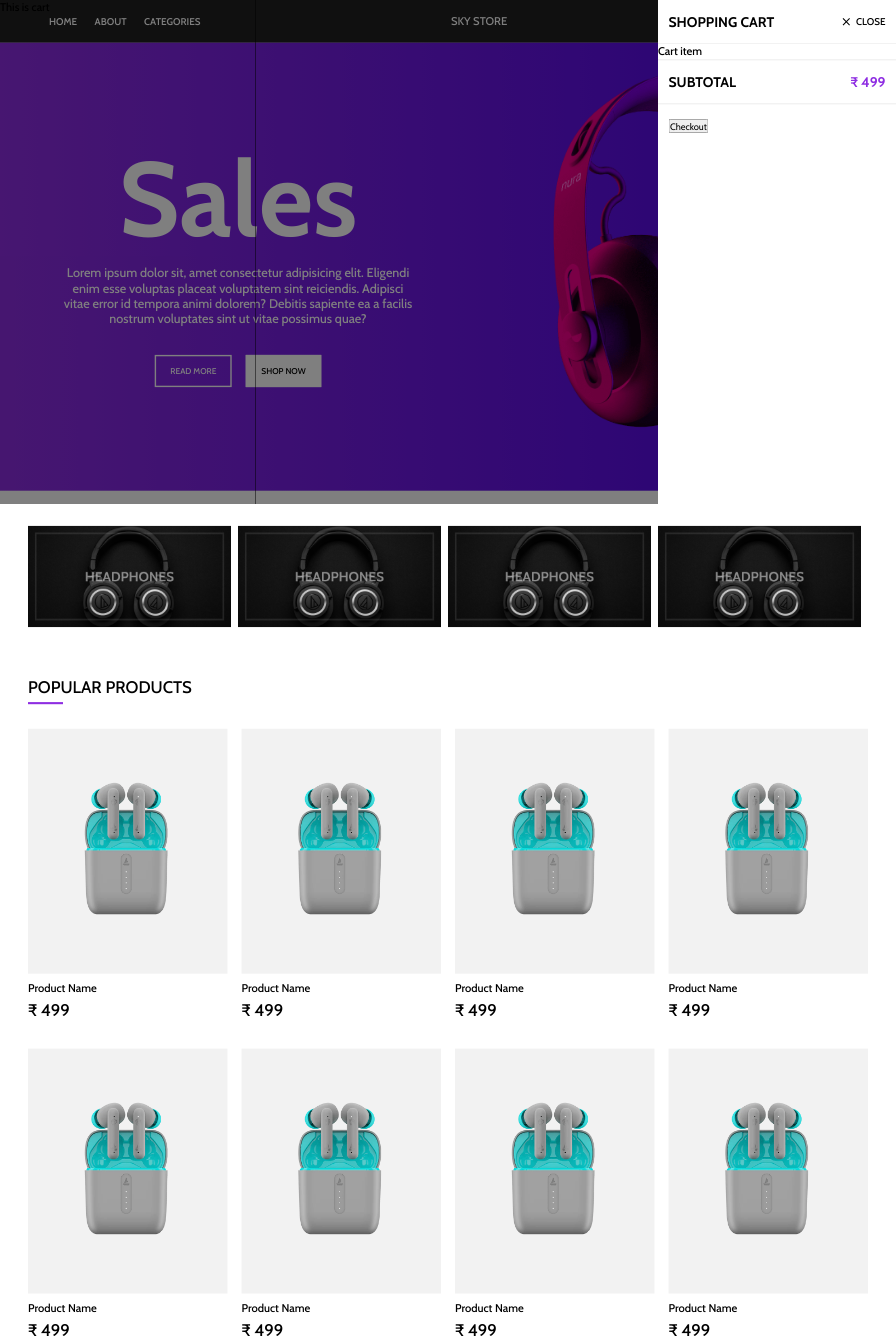
Repository: suraj-yadav7/ecommerce
Page: /, after clicking the first element matching `span.cart-icon`
The author's editor kept a copy of each file at every save. The page is drawn from the files as they stood at one save, then again after the next save.
The browser window is 1280 px wide. The pictures show the part of the page from y = 0 to 1920 px (the page is 2815 px tall), at 70% of full size.
The project was rebuilt for these pictures with package versions that can differ from the ones it lists, and the page was loaded fresh each time. Also part of the build but not shown: src/components/Category/Category.scss, src/components/Category/Category.jsx, src/components/SingleProduct/RelatedProducts/RelatedProducts.jsx, src/components/SingleProduct/SingleProduct.scss, src/components/SingleProduct/SingleProduct.jsx, src/App.scss, src/components/Header/Search/Search.scss, src/components/Header/Search/Search.jsx and 1 more.

Above is the page before, as saved 2023-06-23 22:55:58.

After the next save:
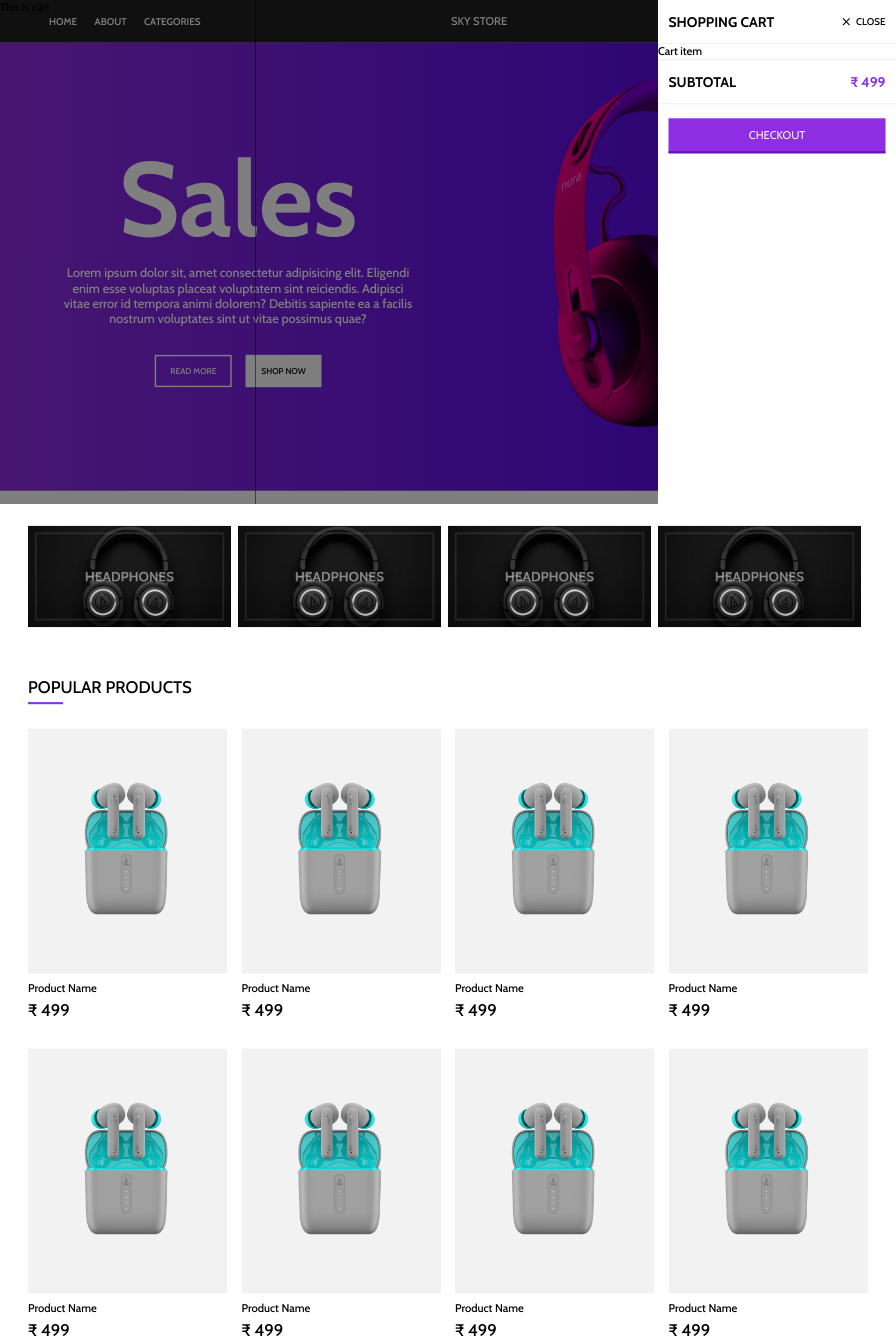
Saved 24 s later.
--- a/src/components/Cart/Cart.jsx
+++ b/src/components/Cart/Cart.jsx
@@ -30,7 +30,7 @@
                             <span className="text total"> &#8377; 499</span>
                         </div>
                         <div className="button">
-                            <button className="checkout-btn">Checkout</button>
+                            <button className="checkout-cta">Checkout</button>
                         </div>
                     </div>
                 </>
